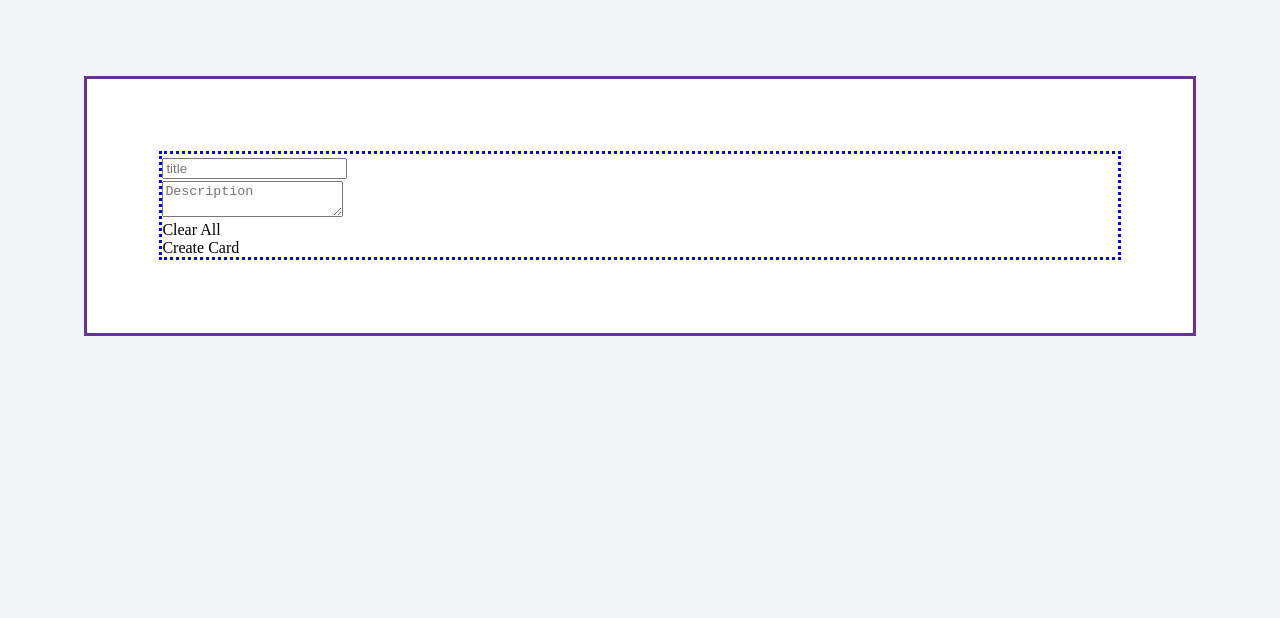
Repository: ReyhanehRahmani/TO-DO
Page: index.html
An editor plug-in stored every save of this project. The page is shown before and after the next save, followed by the edit.
The browser window is 1280 px wide. The pictures show the whole page.

Above is the page before, as saved 2025-06-07 22:16:04.

After the next save:
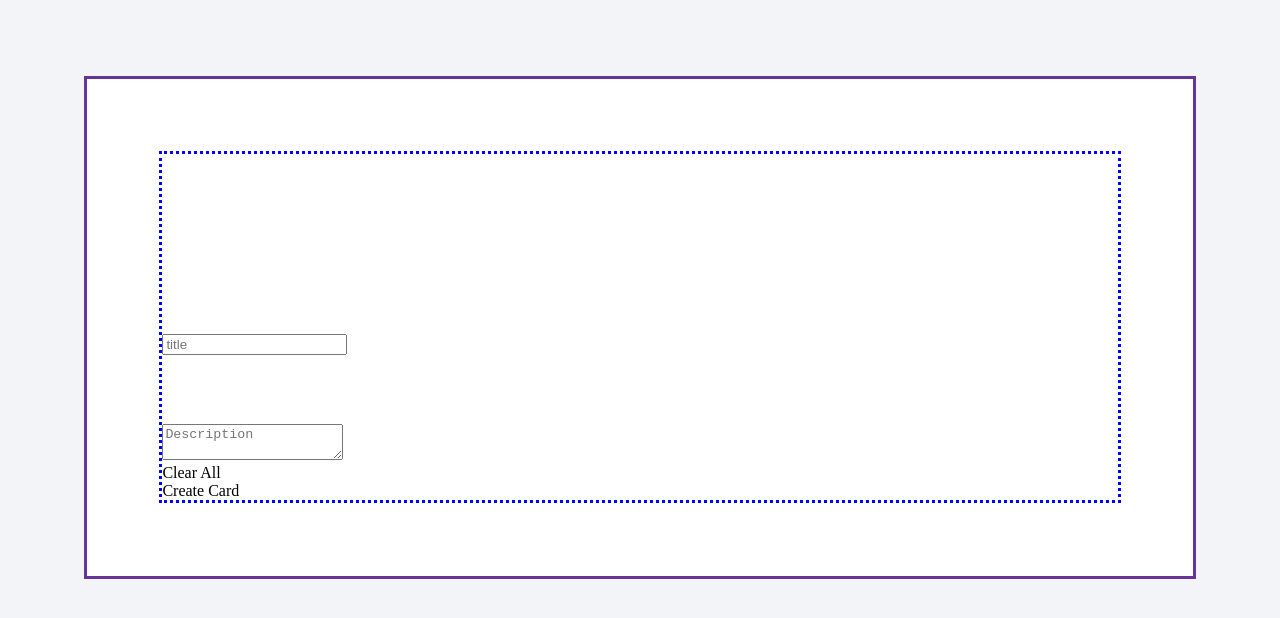
Saved 7 s later.
--- a/style.css
+++ b/style.css
@@ -23,7 +23,7 @@ body{
 #title{
     font-family: Poppins;
     font-weight: 700;
-    font-size: 18px;
+    font-size: 180px;
     line-height: 150%;
     letter-spacing: -2%;
 

After the save that followed:
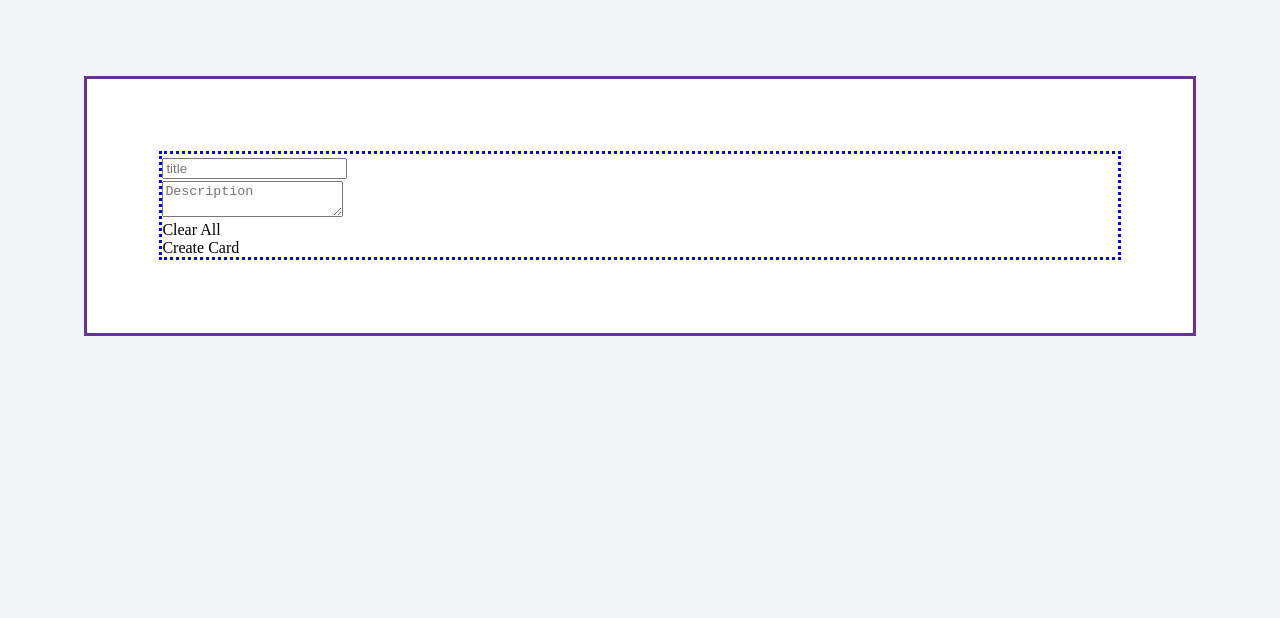
Saved 4 s later.
--- a/style.css
+++ b/style.css
@@ -23,7 +23,7 @@ body{
 #title{
     font-family: Poppins;
     font-weight: 700;
-    font-size: 180px;
+    font-size: 18px;
     line-height: 150%;
     letter-spacing: -2%;
 
